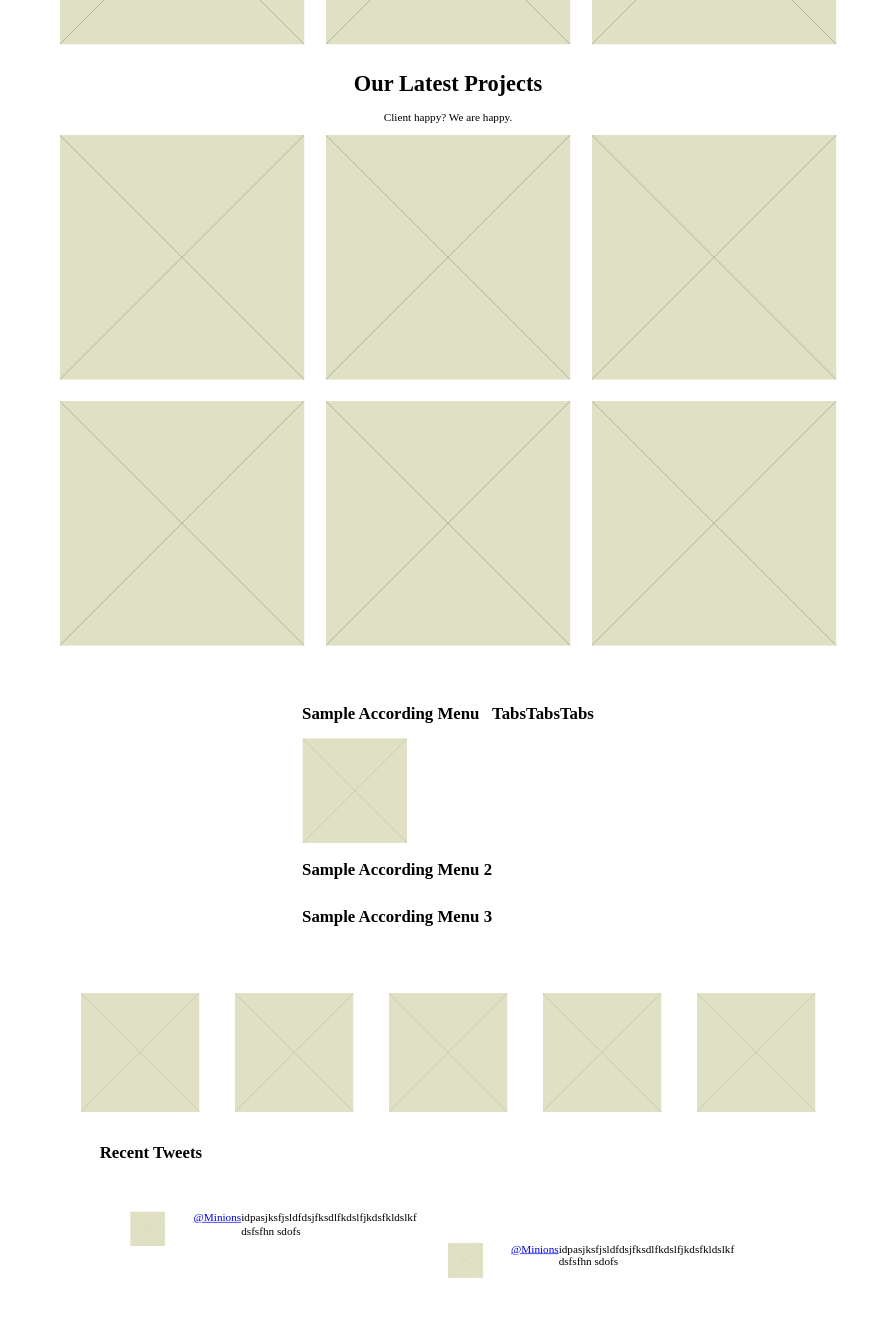
Repository: ReallyNguyen/responsive-web
Page: index.html
An editor plug-in stored every save of this project. The page is shown before and after the next save, followed by the edit.
The browser window is 1280 px wide. The pictures show the part of the page from y = 852 to 2772 px (the page is 2772 px tall before and 2756 px after), at 70% of full size.

Above is the page before, as saved 2023-01-25 21:43:58.

### index.html
<!doctype html>
<html class="no-js" lang="">

<head>
  <meta charset="utf-8">
  <title></title>
  <meta name="description" content="">
  <meta name="viewport" content="width=device-width, initial-scale=1">

  <meta property="og:title" content="">
  <meta property="og:type" content="">
  <meta property="og:url" content="">
  <meta property="og:image" content="">

  <link rel="manifest" href="site.webmanifest">
  <link rel="apple-touch-icon" href="icon.png">
  <!-- Place favicon.ico in the root directory -->

  <link rel="stylesheet" href="css/normalize.css">
  <link rel="stylesheet" href="css/main.css">

  <meta name="theme-color" content="#fafafa">
</head>

<body>
  <header>
    <div class="nav-bar">
      <h1 class="company-name" >Metrolics</h1>
      <img class="logo" src="placeholder.svg" alt="company logo" width="50" height="50">
      <img class="accordian" src="placeholder.svg" alt="accordian here" width="50" height="50">

    </div>

    <div class="introduction">
      <h1> Hey guys! This is the Metrolics theme. It sports a responsive layout with a mobile layout.</h1>
    </div>


  </header>



  <article>

    <div class="Title">
      <h1>
        Things we do
      </h1>
      <p>
        ask what we do
      </p>
    </div>

    <main>

      <div class="Contents">
        <div class="Content">
          <img src="placeholder.svg" alt="" width="50" height="50">
          <div class="Description">
            <h4 class="topic">
              Web Solution
            </h4>
            <p> ajisdjsad</p>
          </div>
        </div>

        <div class="Content">
          <img src="placeholder.svg" alt="" width="50" height="50">
          <div class="Description">
            <h4 class="topic">
              Photography
            </h4>
            <p> ajisdjsad</p>
          </div>
        </div>

        <div class="Content">
          <img src="placeholder.svg" alt="" width="50" height="50">
          <div class="Description">
            <h4 class="topic">
              Web Development
            </h4>
            <p> ajisdjsad</p>
          </div>
        </div>

        <div class="Content">
          <img src="placeholder.svg" alt="" width="50" height="50">
          <div class="Description">
            <h4 class="topic">
              Web Design
            </h4>
            <p> ajisdjsad</p>
          </div>
        </div>



      </div>

      <div class="whats_up_lately">

        <div class="Title">
          <h1>
            What's up lately?
          </h1>
          <p>
            Read up on our latest work
          </p>
        </div>

        <div class="Boxes">
          <img class="Sample" src="placeholder.svg" alt="" width="360" height="360">
          <img class="Sample" src="placeholder.svg" alt="" width="360" height="360">
          <img class="Sample" src="placeholder.svg" alt="" width="360" height="360">
        </div>
      </div>

      <div class="our_latest_projects">

        <div class="Title">
          <h1>
            Our Latest Projects
          </h1>
          <p>
            Client happy? We are happy.
          </p>
        </div>

        <div class="Boxes">
          <img class="Sample" src="placeholder.svg" alt="">
          <img class="Sample" src="placeholder.svg" alt="">
          <img class="Sample" src="placeholder.svg" alt="">
          <img class="Sample" src="placeholder.svg" alt="">
          <img class="Sample" src="placeholder.svg" alt="">
          <img class="Sample" src="placeholder.svg" alt="">
        </div>
      </div>

      <div class="Bottom">
        <div class="Menu">
          <div class="Menu1">
            <h2>Sample According Menu</h2>
            <div class="Desc-Menu1"></div>
            <img src="placeholder.svg" alt="" width="150" height="150">
          </div>
          <h2>Sample According Menu 2</h2>
          <h2>Sample According Menu 3</h2>
        </div>
        <div class="Tabs">
          <h2>Tabs</h2>
          <h2>Tabs</h2>
          <h2>Tabs</h2>
        </div>
      </div>

      <div class="Companies">
        <img class="Companies-Logo" src="placeholder.svg" alt="">
        <img class="Companies-Logo" src="placeholder.svg" alt="">
        <img class="Companies-Logo" src="placeholder.svg" alt="">
        <img class="Companies-Logo" src="placeholder.svg" alt="">
        <img class="Companies-Logo" src="placeholder.svg" alt="">
      </div>

      <div class="recent-tweets">
        <h2> Recent Tweets </h2>
        <div class="social-box">
          <img src="placeholder.svg" alt="" width="50" height="50">
          <div class="social-text-box">
            <a href="url"> @Minions </a>
            <p> idpasjksfjsldfdsjfksdlfkdslfjkdsfkldslkf dsfsfhn sdofs </p>
        </div>

        <div class="social-box">
          <img src="placeholder.svg" alt="" width="50" height="50">
          <div class="social-text-box">
            <a href="url"> @Minions </a>
            <p> idpasjksfjsldfdsjfksdlfkdslfjkdsfkldslkf dsfsfhn sdofs </p>
        </div>
        </div>
      </div>

    </main>



  </article>
</body>

</html>

### css/main.css
.nav-bar {
  display: flex;
  flex-direction: row;
  justify-content: center;
  margin: 50px;
}

.introduction {
  display: flex;
  justify-content: center;
}

.social-box {
  display: flex;
  justify-content: center;
  padding: 5%;

}

.social-text-box {
  display: flex;
  justify-content: center;
  padding-left: 40px;
}


article>div {
  margin: 15px;
}

.Title {
  display: flex;
  flex-direction: column;
  text-align: center;
  margin-top: 0;
}

main {
  display: flex;
  flex-direction: column;
  align-items: center;
}


.topic {
  margin: 0;
}

p {
  margin: 0px;
}

.Contents {
  display: flex;
  flex-direction: row;
}

.Content {
  display: flex;
  flex-direction: row;
  margin: 15px;
}

.Boxes {
  display: flex;
  display: flex;
  flex-wrap: wrap;
  justify-content: center;
}

.Sample {
  margin: 15px;
  width: 350px;
  height: 350px;
}

.Bottom {
  display: flex;
  flex-direction: row;
  margin: 50px;
}

.Menu {
  display: flex;
  flex-direction: column;
}

.Tabs {
  display: flex;
  flex-direction: row;
}

.Companies {
  display: flex;
  flex-direction: row;
}

.Companies-Logo {
  width: 170px;
  height: 170px;
  margin: 25px;
}

/* Small only */
@media screen and (max-width: 39.9375em) {
  header {
    display: flex;
    flex-direction: column;
    text-align: center;
    margin: 15px;
    font-size: 10px;
  }
}

/* Medium and up */
@media screen and (min-width: 40em) {
  h1 br {
    display: none;
  }

}

/* Medium only */
@media screen and (min-width: 40em) and (max-width: 63.9375em) {}

/* Large and up */
@media screen and (min-width: 64em) {}

/* Large only */
@media screen and (min-width: 64em) and (max-width: 74.9375em) {}

Loaded but not shown: css/normalize.css (library)

After the next save:
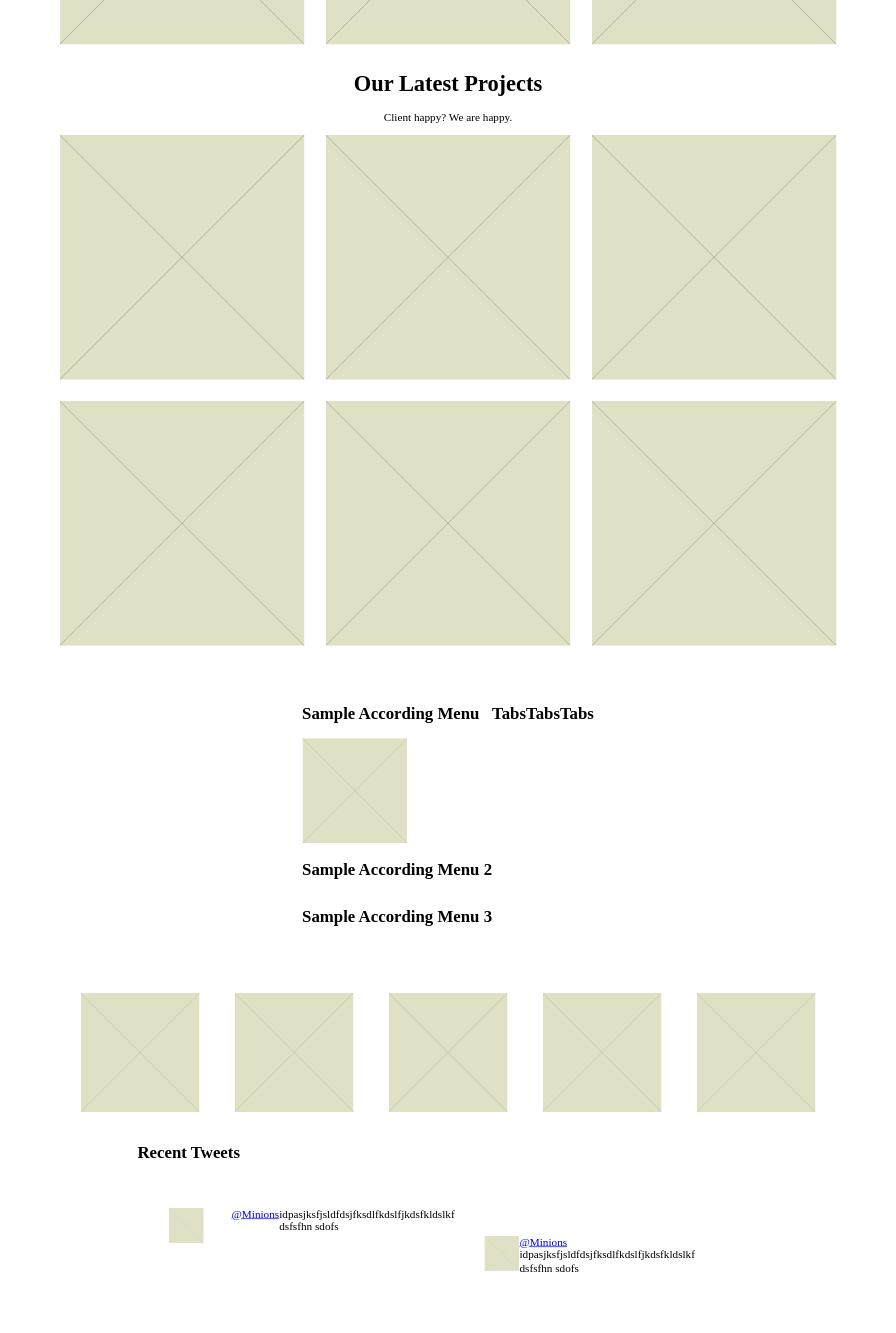
Saved 4 s later.
--- a/index.html
+++ b/index.html
@@ -173,7 +173,7 @@
 
         <div class="social-box">
           <img src="placeholder.svg" alt="" width="50" height="50">
-          <div class="social-text-box">
+          <div class="social-text-box-2">
             <a href="url"> @Minions </a>
             <p> idpasjksfjsldfdsjfksdlfkdslfjkdsfkldslkf dsfsfhn sdofs </p>
         </div>

After the save that followed:
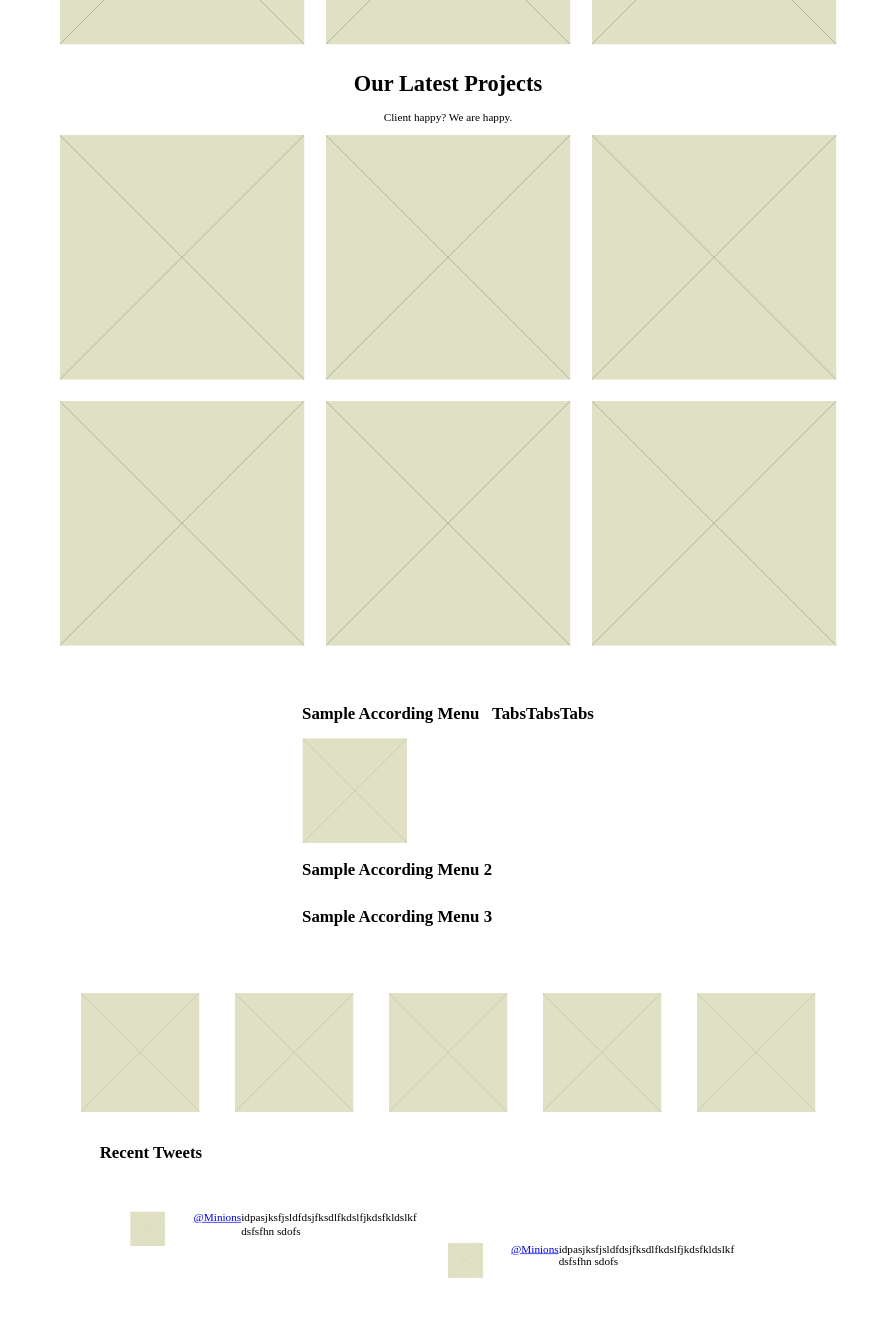
Saved 5 s later.
--- a/css/main.css
+++ b/css/main.css
@@ -18,6 +18,12 @@
 }
 
 .social-text-box {
+  display: flex;
+  justify-content: center;
+  padding-left: 40px;
+}
+
+.social-text-box-2 {
   display: flex;
   justify-content: center;
   padding-left: 40px;
